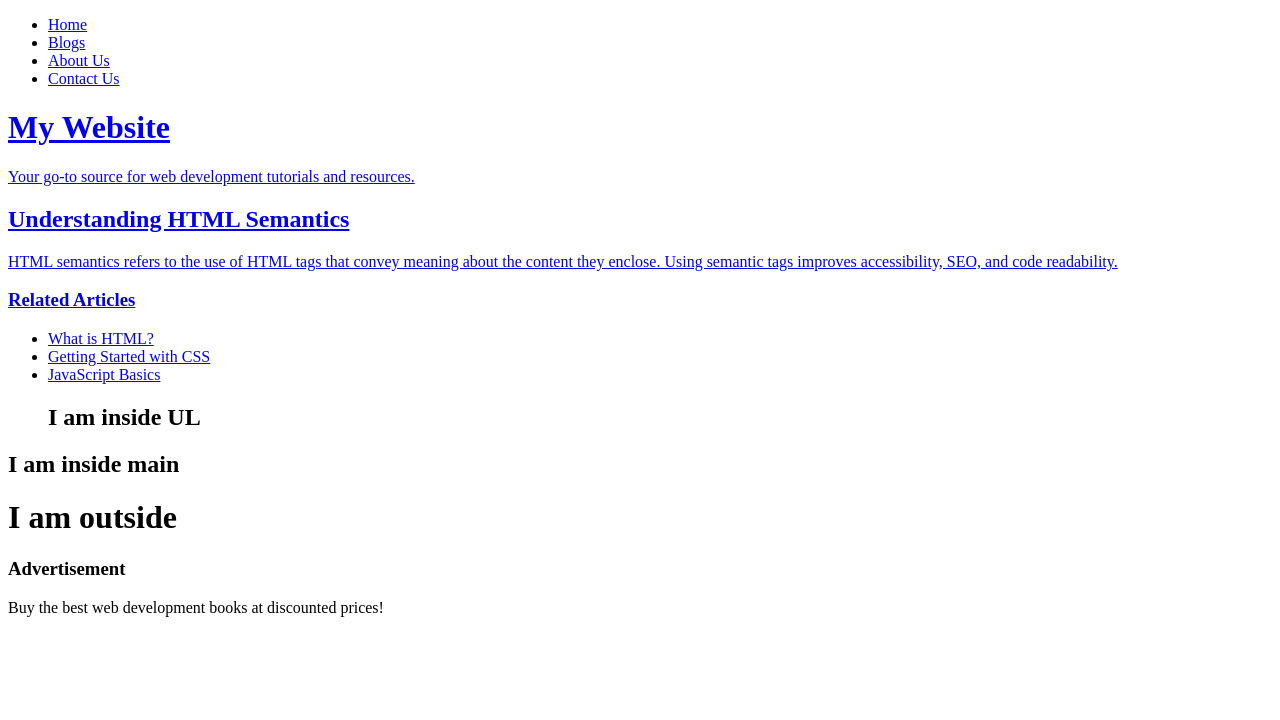
Repository: anjalipatel-dev/web-dev-learning-journey
Page: 01_html_concepts/04_semantic.html
An editor plug-in stored every save of this project. The page is shown before and after the next save, followed by the edit.
The browser window is 1280 px wide. The pictures show the whole page.

Above is the page before, as saved 2025-09-29 04:57:29.

After the next save:
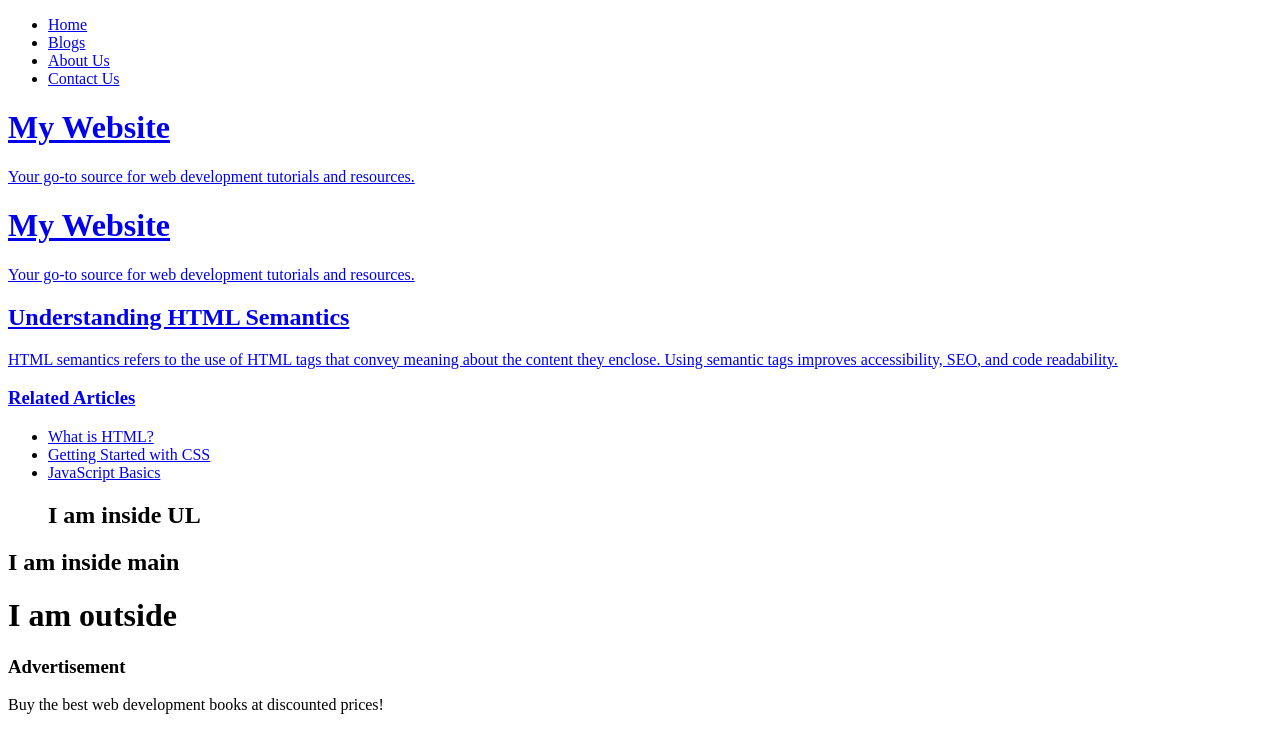
Saved 31 s later.
--- a/01_html_concepts/04_semantic.html
+++ b/01_html_concepts/04_semantic.html
@@ -14,6 +14,11 @@
             <li><a href="#">Contact Us</li>
         </ul>
     </nav>
+    <header>
+        <hgroup>
+            <h1>My Website</h1>
+            <p>Your go-to source for web development tutorials and resources.</p>
+        </hgroup>
     <header>
         <hgroup>
             <h1>My Website</h1>
